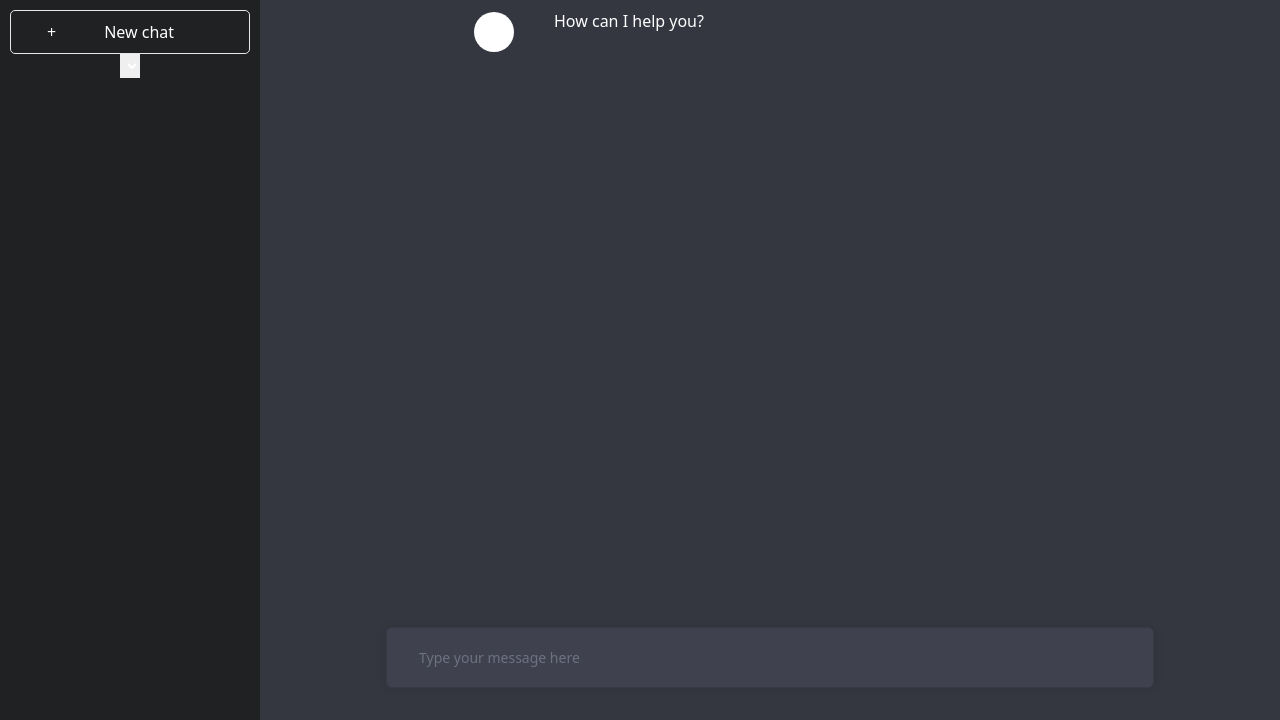
Repository: ciobiano/ChatGPT_V2.0-unoffical-
Page: / (app in client/)
An editor plug-in stored every save of this project. The page is shown before and after the next save, followed by the edit.
The browser window is 1280 px wide. The pictures show the whole page.
The page's requests for data from a server got no answer. The project was rebuilt for these pictures with package versions that can differ from the ones it lists, and the page was loaded fresh each time. No one was signed in, and anything a server would have sent is missing. Also part of the build but not shown: client/src/index.css.

Above is the page before, as saved 2023-01-13 16:43:50.

After the next save:
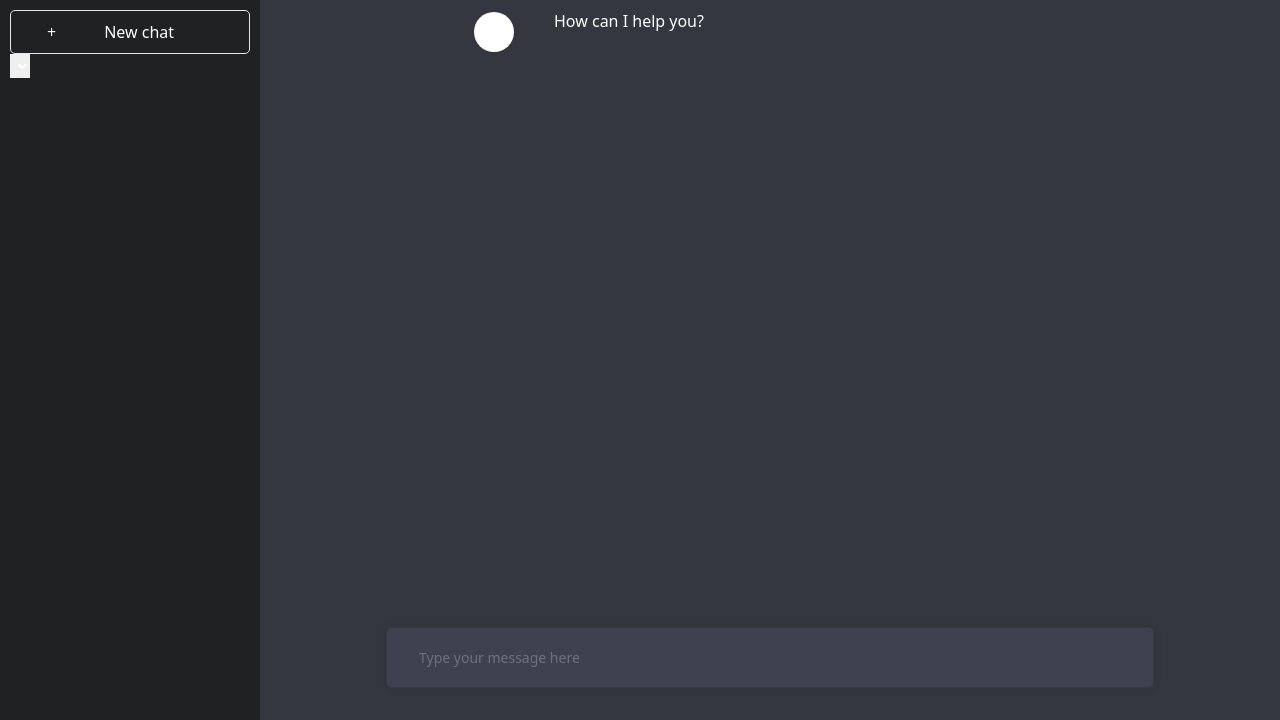
Saved 6 s later.
--- a/client/src/App.js
+++ b/client/src/App.js
@@ -67,7 +67,7 @@
 					<span className="pl-6 pr-12 ">+</span>
 					New chat
 				</div>
-				<div className="Models ">
+				<div className="Models flex ">
 					<select
 						onChange={(e) => {
 							setCurrentModel(e.target.value);
